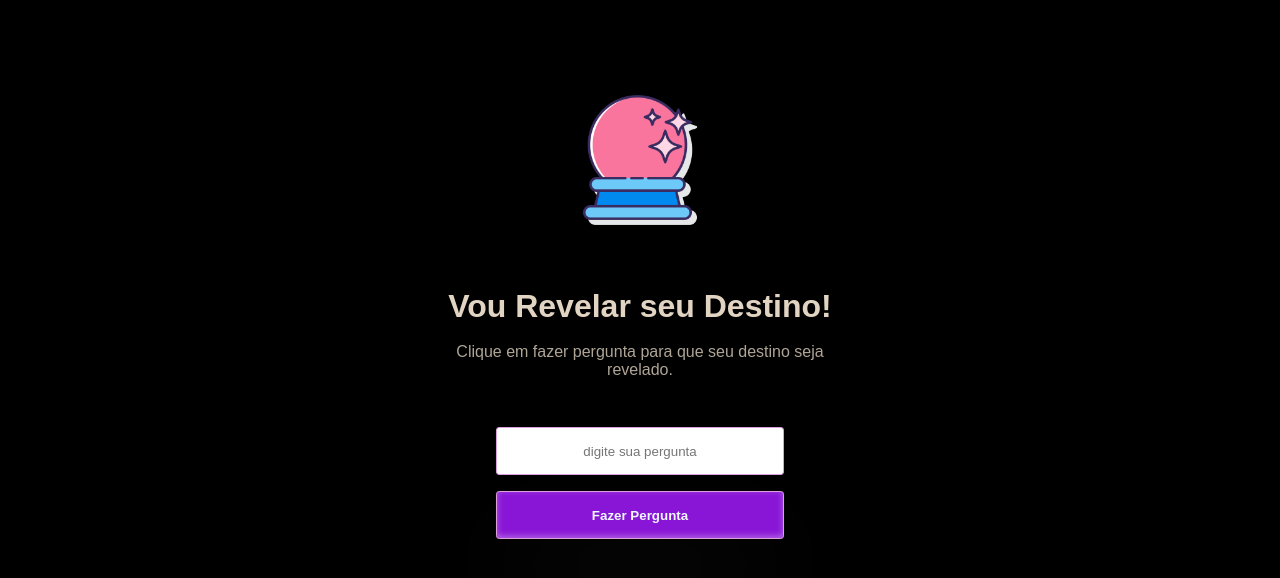
Repository: guilhermecardoso93/nlwexplorer
Page: index.html
These files come from the project's save history. The page is drawn as it stood at one moment and after a run of saves; the edit follows.
The browser window is 1280 px wide. The pictures show the whole page.

Above is the page before, as saved 2022-06-08 23:56:50.

After the next 2 saves:
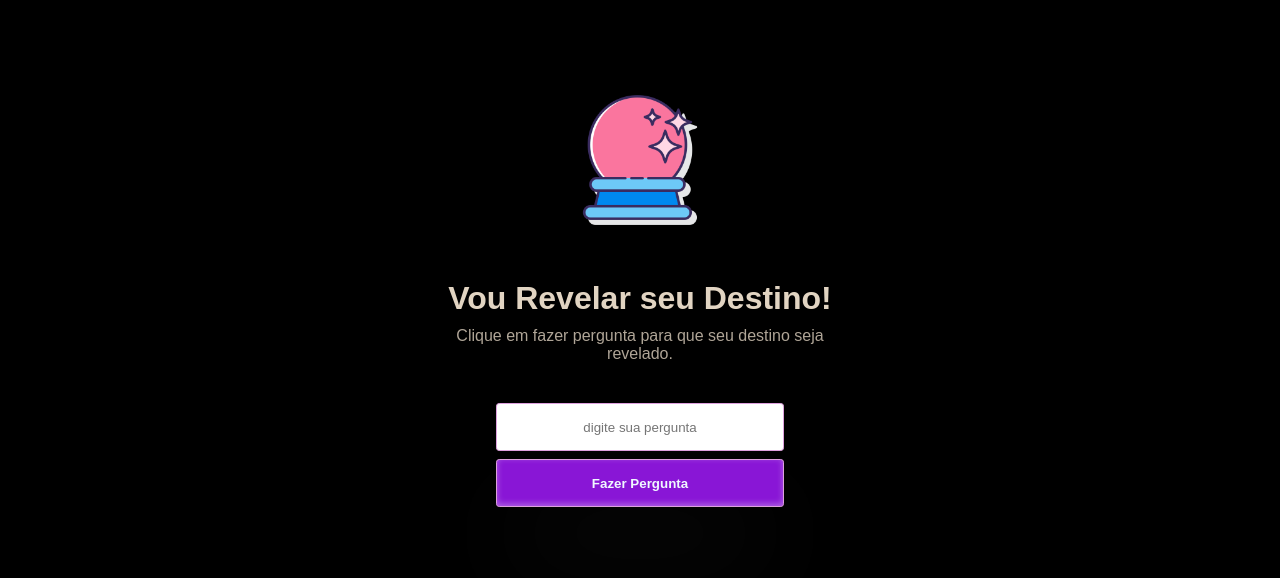
The 2 saves are shown as one change because they came seconds apart.
The last was saved 25 s later.
--- a/styles.css
+++ b/styles.css
@@ -34,7 +34,6 @@ p {
   max-width: 400px;
   width: 80%;
   align-items: center;
-  gap: 0.5rem;
 }
 
 .principal input {
